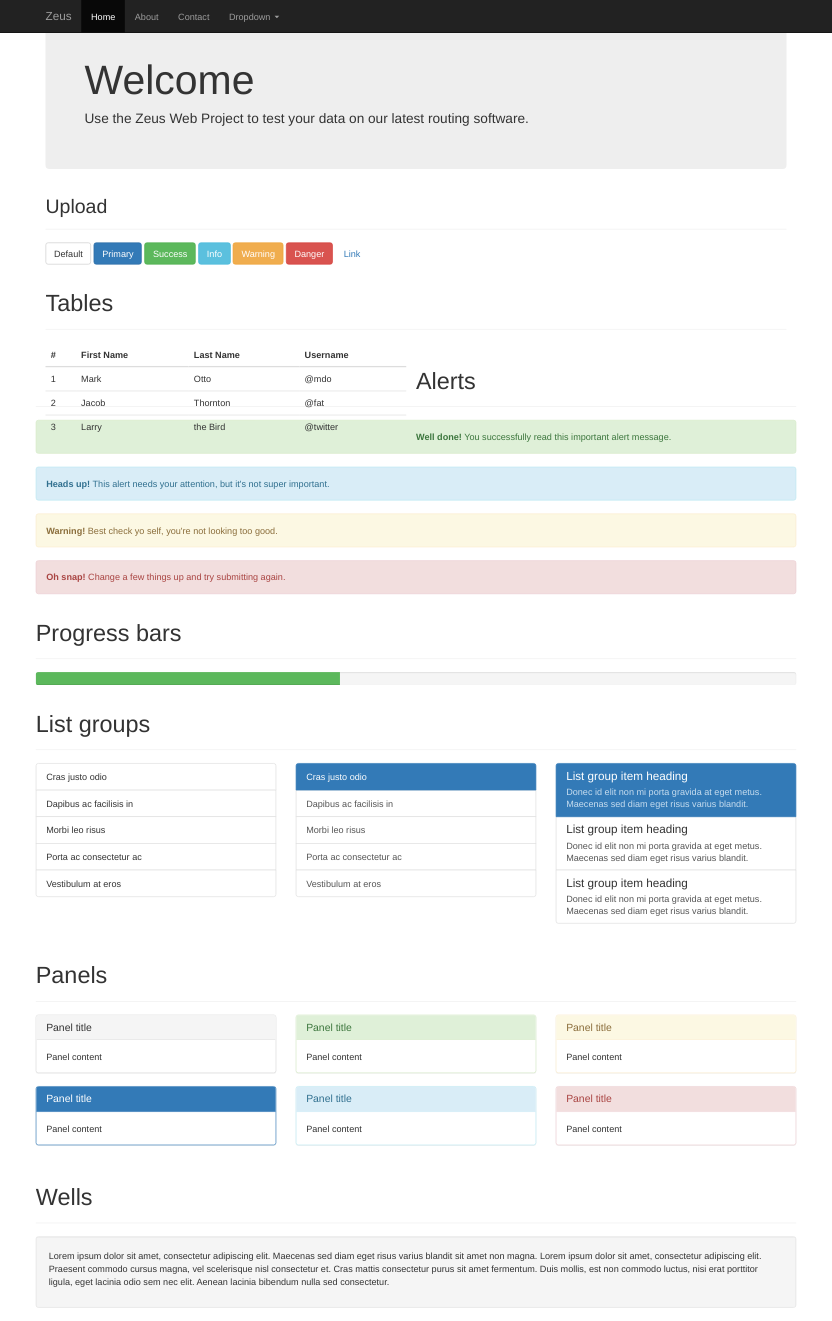
Repository: Davis51015/ZeusWebProject
Page: http://localhost/ZeusWebProject/
The author's editor kept a copy of each file at every save. The page is drawn from the files as they stood at one save, then again after the next save.
The browser window is 1280 px wide. The pictures show the whole page, at 65% of full size.
The page is served by Tomcat 9. Other server files are loaded and not shown.

Above is the page before, as saved 2018-02-14 14:13:46.

### ZeusWebProject/WebContent/index.jsp
<%@ page language="java" contentType="text/html; charset=ISO-8859-1"
    pageEncoding="ISO-8859-1"%>
<!DOCTYPE html>
<html>
<head>
<link rel="stylesheet" href="public/css/style.css">
<!-- Latest compiled and minified CSS -->
<link rel="stylesheet" href="https://maxcdn.bootstrapcdn.com/bootstrap/3.3.7/css/bootstrap.min.css">
<!-- jQuery library -->

<meta http-equiv="Content-Type" content="text/html; charset=ISO-8859-1">
<meta charset="utf-8">
<meta http-equiv="X-UA-Compatible" content="IE=edge">
<meta name="viewport" content="width=device-width, initial-scale=1">
<!-- The above 3 meta tags *must* come first in the head; any other head content must come *after* these tags -->
<meta name="description" content="">
<meta name="author" content="">
<title>Zeus Web Project</title>
</head>

<body>

    <!-- Fixed navbar -->
    <nav class="navbar navbar-inverse navbar-fixed-top">
      <div class="container">
        <div class="navbar-header">
          <button type="button" class="navbar-toggle collapsed" data-toggle="collapse" data-target="#navbar" aria-expanded="false" aria-controls="navbar">
            <span class="sr-only">Toggle navigation</span>
            <span class="icon-bar"></span>
            <span class="icon-bar"></span>
            <span class="icon-bar"></span>
          </button>
          <a class="navbar-brand" href="#">Zeus</a>
        </div>
        <div id="navbar" class="navbar-collapse collapse">
          <ul class="nav navbar-nav">
            <li class="active"><a href="#">Home</a></li>
            <li><a href="#about">About</a></li>
            <li><a href="#contact">Contact</a></li>
            <li class="dropdown">
              <a href="#" class="dropdown-toggle" data-toggle="dropdown" role="button" aria-haspopup="true" aria-expanded="false">Dropdown <span class="caret"></span></a>
              <ul class="dropdown-menu">
                <li><a href="#">Action</a></li>
                <li role="separator" class="divider"></li>
                <li class="dropdown-header">Insert Nav header</li>
                <li><a href="#">Separated link</a></li>

              </ul>
            </li>
          </ul>
        </div><!--/.nav-collapse -->
      </div>
    </nav>

    <div class="container theme-showcase" role="main">

      <!-- Main jumbotron for a primary marketing message or call to action -->
      <div class="jumbotron">
        <h1 class="welcome">Welcome</h1>
        <p>Use the Zeus Web Project to test your data on our latest routing software.</p>
      </div>


      <div class="page-header">
        <h2>Upload</h2>
      </div>

      <p>
        <button type="button" class="btn btn-default">Default</button>
        <button type="button" class="btn btn-primary">Primary</button>
        <button type="button" class="btn btn-success">Success</button>
        <button type="button" class="btn btn-info">Info</button>
        <button type="button" class="btn btn-warning">Warning</button>
        <button type="button" class="btn btn-danger">Danger</button>
        <button type="button" class="btn btn-link">Link</button>
      </p>



      <div class="page-header">
        <h1>Tables</h1>
      </div>
      <div class="row">
        <div class="col-md-6">
          <table class="table">
            <thead>
              <tr>
                <th>#</th>
                <th>First Name</th>
                <th>Last Name</th>
                <th>Username</th>
              </tr>
            </thead>
            <tbody>
              <tr>
                <td>1</td>
                <td>Mark</td>
                <td>Otto</td>
                <td>@mdo</td>
              </tr>
              <tr>
                <td>2</td>
                <td>Jacob</td>
                <td>Thornton</td>
                <td>@fat</td>
              </tr>
              <tr>
                <td>3</td>
                <td>Larry</td>
                <td>the Bird</td>
                <td>@twitter</td>
              </tr>
            </tbody>
          </table>
        </div>


      <div class="page-header">
        <h1>Alerts</h1>
      </div>
      <div class="alert alert-success" role="alert">
        <strong>Well done!</strong> You successfully read this important alert message.
      </div>
      <div class="alert alert-info" role="alert">
        <strong>Heads up!</strong> This alert needs your attention, but it's not super important.
      </div>
      <div class="alert alert-warning" role="alert">
        <strong>Warning!</strong> Best check yo self, you're not looking too good.
      </div>
      <div class="alert alert-danger" role="alert">
        <strong>Oh snap!</strong> Change a few things up and try submitting again.
      </div>


      <div class="page-header">
        <h1>Progress bars</h1>
      </div>
      <div class="progress">
        <div class="progress-bar progress-bar-success" role="progressbar" aria-valuenow="40" aria-valuemin="0" aria-valuemax="100" style="width: 40%"><span class="sr-only">40% Complete (success)</span></div>
      </div>


      <div class="page-header">
        <h1>List groups</h1>
      </div>
      <div class="row">
        <div class="col-sm-4">
          <ul class="list-group">
            <li class="list-group-item">Cras justo odio</li>
            <li class="list-group-item">Dapibus ac facilisis in</li>
            <li class="list-group-item">Morbi leo risus</li>
            <li class="list-group-item">Porta ac consectetur ac</li>
            <li class="list-group-item">Vestibulum at eros</li>
          </ul>
        </div><!-- /.col-sm-4 -->
        <div class="col-sm-4">
          <div class="list-group">
            <a href="#" class="list-group-item active">
              Cras justo odio
            </a>
            <a href="#" class="list-group-item">Dapibus ac facilisis in</a>
            <a href="#" class="list-group-item">Morbi leo risus</a>
            <a href="#" class="list-group-item">Porta ac consectetur ac</a>
            <a href="#" class="list-group-item">Vestibulum at eros</a>
          </div>
        </div><!-- /.col-sm-4 -->
        <div class="col-sm-4">
          <div class="list-group">
            <a href="#" class="list-group-item active">
              <h4 class="list-group-item-heading">List group item heading</h4>
              <p class="list-group-item-text">Donec id elit non mi porta gravida at eget metus. Maecenas sed diam eget risus varius blandit.</p>
            </a>
            <a href="#" class="list-group-item">
              <h4 class="list-group-item-heading">List group item heading</h4>
              <p class="list-group-item-text">Donec id elit non mi porta gravida at eget metus. Maecenas sed diam eget risus varius blandit.</p>
            </a>
            <a href="#" class="list-group-item">
              <h4 class="list-group-item-heading">List group item heading</h4>
              <p class="list-group-item-text">Donec id elit non mi porta gravida at eget metus. Maecenas sed diam eget risus varius blandit.</p>
            </a>
          </div>
        </div><!-- /.col-sm-4 -->
      </div>


      <div class="page-header">
        <h1>Panels</h1>
      </div>
      <div class="row">
        <div class="col-sm-4">
          <div class="panel panel-default">
            <div class="panel-heading">
              <h3 class="panel-title">Panel title</h3>
            </div>
            <div class="panel-body">
              Panel content
            </div>
          </div>
          <div class="panel panel-primary">
            <div class="panel-heading">
              <h3 class="panel-title">Panel title</h3>
            </div>
            <div class="panel-body">
              Panel content
            </div>
          </div>
        </div><!-- /.col-sm-4 -->
        <div class="col-sm-4">
          <div class="panel panel-success">
            <div class="panel-heading">
              <h3 class="panel-title">Panel title</h3>
            </div>
            <div class="panel-body">
              Panel content
            </div>
          </div>
          <div class="panel panel-info">
            <div class="panel-heading">
              <h3 class="panel-title">Panel title</h3>
            </div>
            <div class="panel-body">
              Panel content
            </div>
          </div>
        </div><!-- /.col-sm-4 -->
        <div class="col-sm-4">
          <div class="panel panel-warning">
            <div class="panel-heading">
              <h3 class="panel-title">Panel title</h3>
            </div>
            <div class="panel-body">
              Panel content
            </div>
          </div>
          <div class="panel panel-danger">
            <div class="panel-heading">
              <h3 class="panel-title">Panel title</h3>
            </div>
            <div class="panel-body">
              Panel content
            </div>
          </div>
        </div><!-- /.col-sm-4 -->
      </div>


      <div class="page-header">
        <h1>Wells</h1>
      </div>
      <div class="well">
        <p>Lorem ipsum dolor sit amet, consectetur adipiscing elit. Maecenas sed diam eget risus varius blandit sit amet non magna. Lorem ipsum dolor sit amet, consectetur adipiscing elit. Praesent commodo cursus magna, vel scelerisque nisl consectetur et. Cras mattis consectetur purus sit amet fermentum. Duis mollis, est non commodo luctus, nisi erat porttitor ligula, eget lacinia odio sem nec elit. Aenean lacinia bibendum nulla sed consectetur.</p>
      </div>

    </div> <!-- /container -->


    <!-- Bootstrap core JavaScript
    ================================================== -->
    <!-- Placed at the end of the document so the pages load faster -->
    <script src="https://ajax.googleapis.com/ajax/libs/jquery/1.12.4/jquery.min.js"></script>
    <script>window.jQuery || document.write('<script src="../../assets/js/vendor/jquery.min.js"><\/script>')</script>
    <script src="https://ajax.googleapis.com/ajax/libs/jquery/3.3.1/jquery.min.js"></script>
	<!-- Latest compiled JavaScript -->
	<script src="https://maxcdn.bootstrapcdn.com/bootstrap/3.3.7/js/bootstrap.min.js"></script>
  </body>
</html>

### ZeusWebProject/WebContent/public/css/style.css
.welcome{
	margin-top: 40px;
}

After the next save:
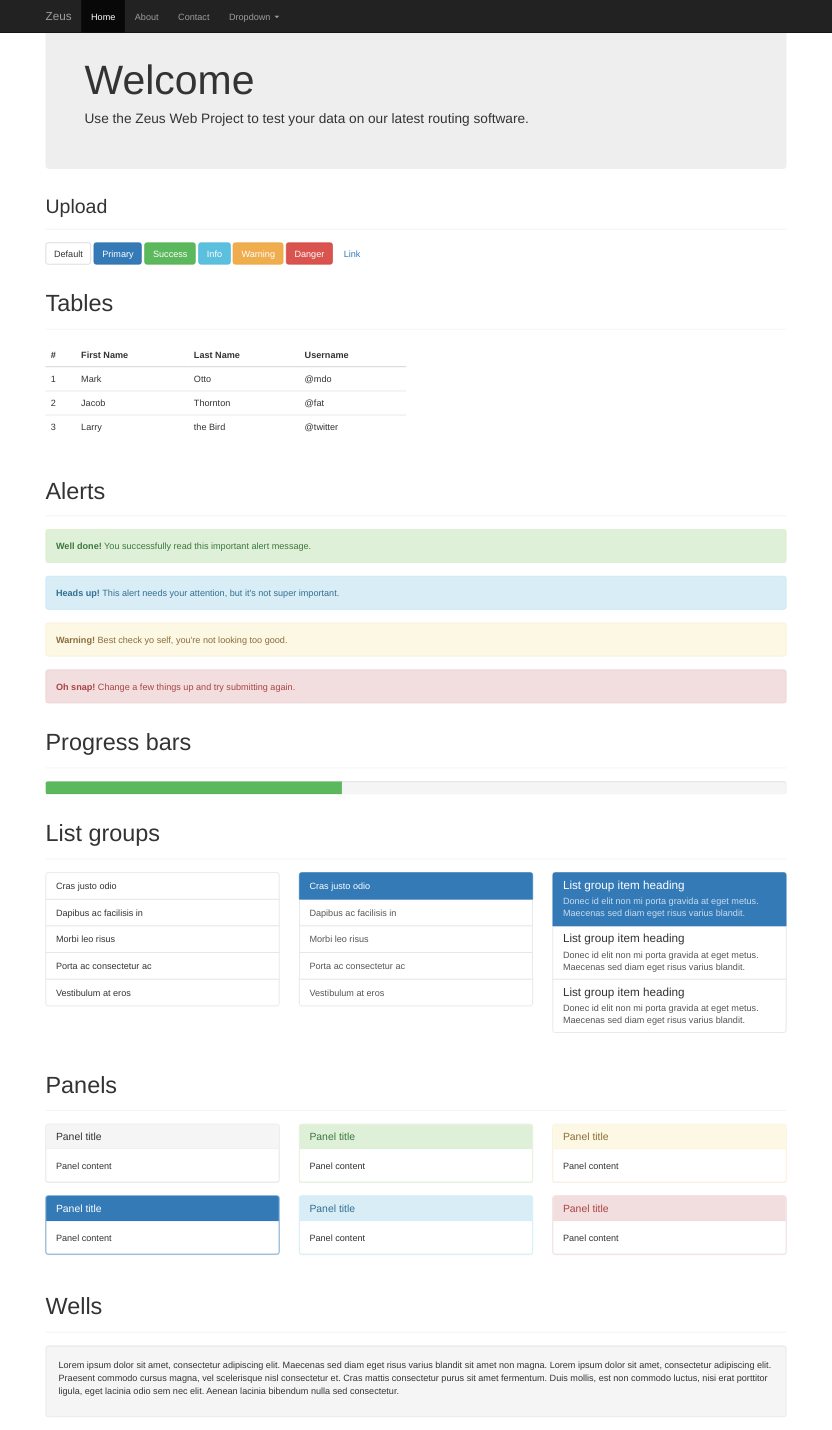
Saved 35 s later.
--- a/ZeusWebProject/WebContent/index.jsp
+++ b/ZeusWebProject/WebContent/index.jsp
@@ -113,6 +113,7 @@
             </tbody>
           </table>
         </div>
+        </div>
 
 
       <div class="page-header">
